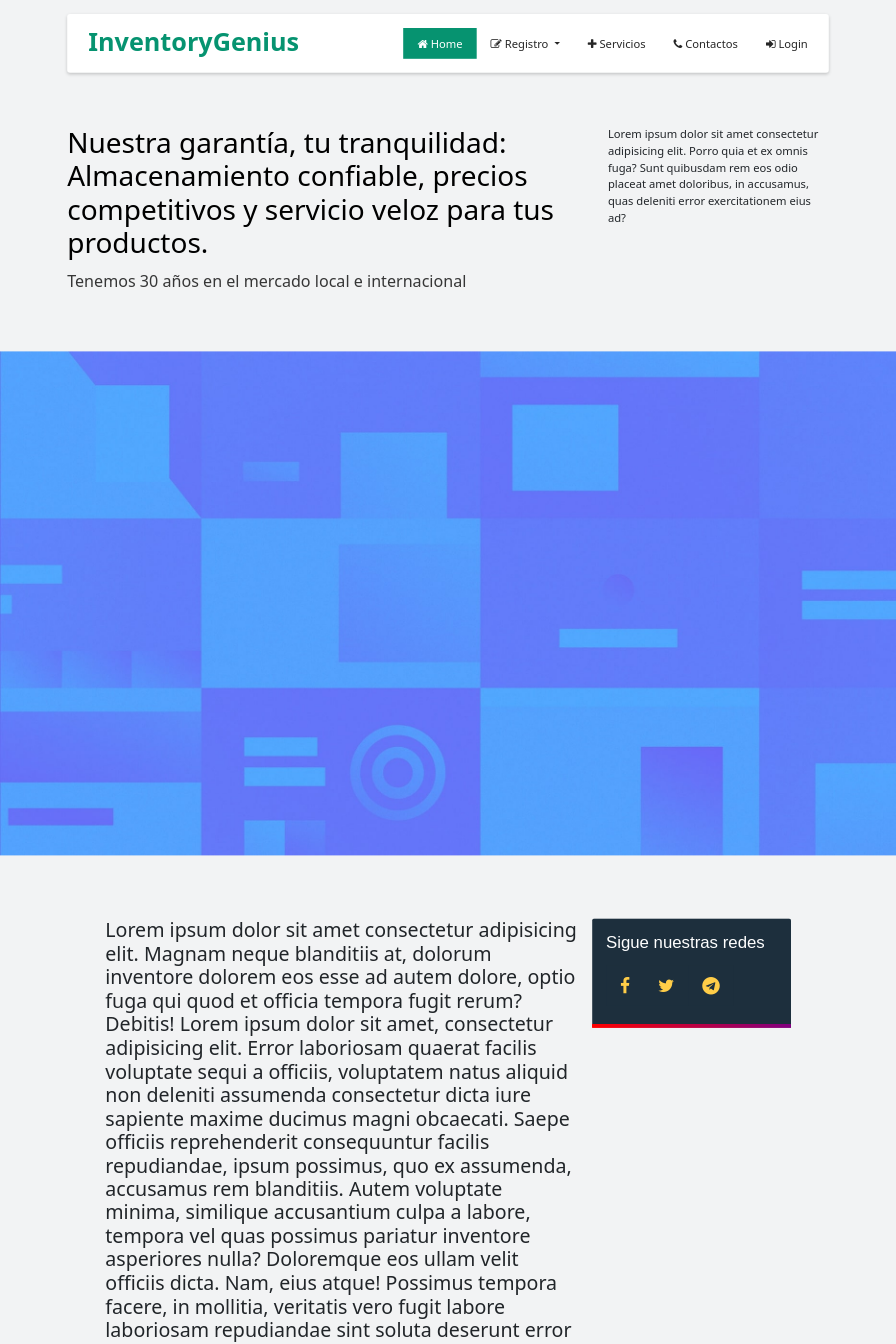
Repository: Sirius018/InventoryGenius
Page: http://localhost/Home
The author's editor kept a copy of each file at every save. The page is drawn from the files as they stood at one save, then again after the next save.
The browser window is 1280 px wide. The pictures show the part of the page from y = 0 to 1920 px (the page is 4127 px tall), at 70% of full size.
The page is this project's Thymeleaf template; nobody is signed in. The template is opened directly, without the code that normally fills it, so the values that code supplies are empty.

Above is the page before, as saved 2023-06-07 00:18:25.

After the next save:
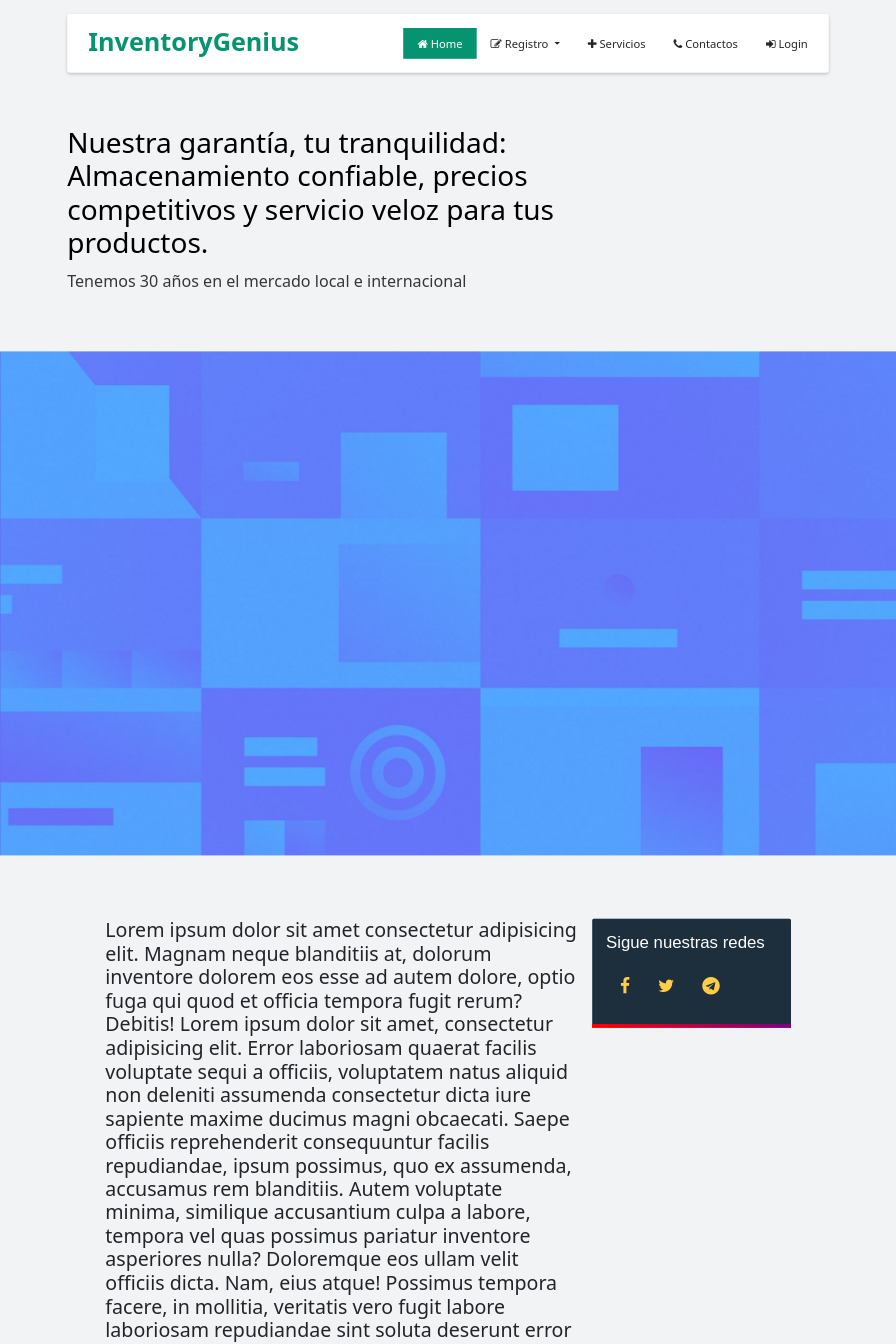
Saved 4 min 15 s later.
--- a/ADW/InventoryGenius/src/main/resources/templates/Home.html
+++ b/ADW/InventoryGenius/src/main/resources/templates/Home.html
@@ -316,7 +316,7 @@ footer{
                 <h1>Nuestra garantía, tu tranquilidad: Almacenamiento confiable, precios competitivos y servicio veloz para tus productos. <br><span>Tenemos 30 años en el mercado local e internacional</span></h1>
             </div>
             <div class="vacio">
-                <p>Lorem ipsum dolor sit amet consectetur adipisicing elit. Porro quia et ex omnis fuga? Sunt quibusdam rem eos odio placeat amet doloribus, in accusamus, quas deleniti error exercitationem eius ad?</p>
+
             </div>
         </div>
         <div class="contenedor-imagen">
